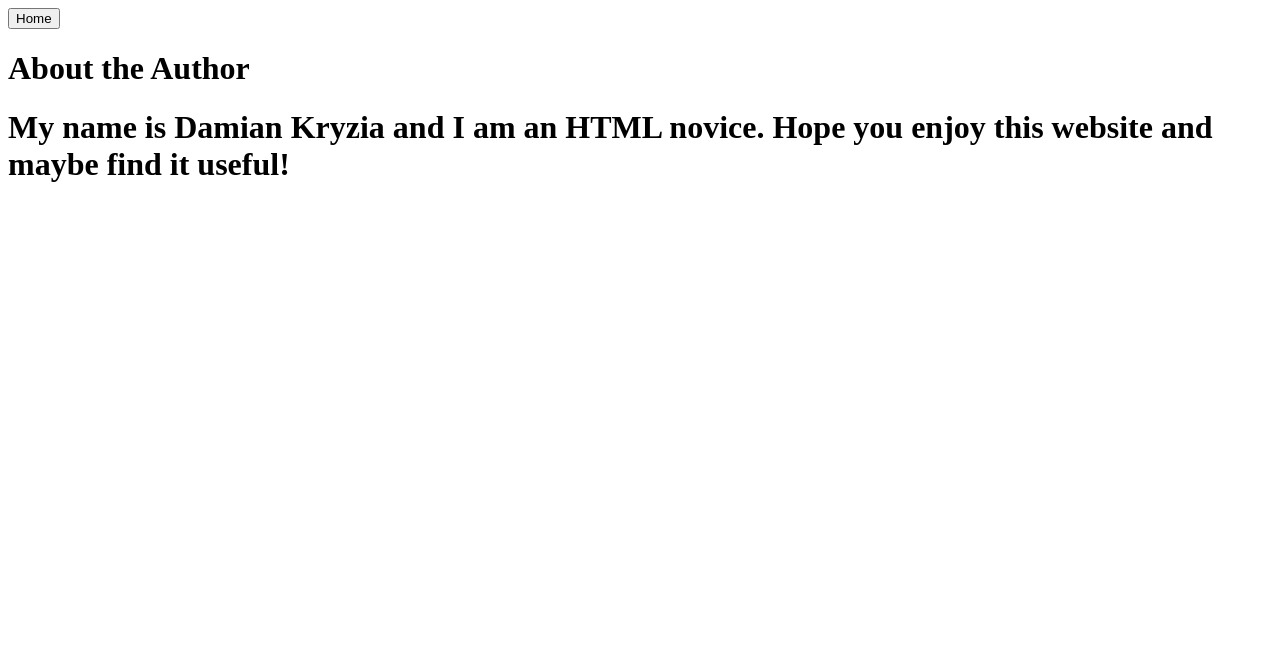
Repository: DamianKryzia/DamianKryzia.github.io
Page: DamianWebsite/aboutme.html
The author's editor kept a record of every edit. The page is drawn from the files as they stood at one moment, then again after the next edit.
The browser window is 1280 px wide. The pictures show the whole page.

Above is the page before.

### DamianWebsite/aboutme.html
<!DOCTYPE html>
<html>
    <head>
        <form action = "homepage.html" method = "get">
            <button type = "submit" class = "home"> Home </button>
        </form>
        <h1> About the Author </h1>
    </head>
    <body>
        <h1 class = "me">
             My name is Damian Kryzia and I am an HTML novice.
             Hope you enjoy this website and maybe find it useful!
        </h1>
    </body>
</html>

After the next edit:
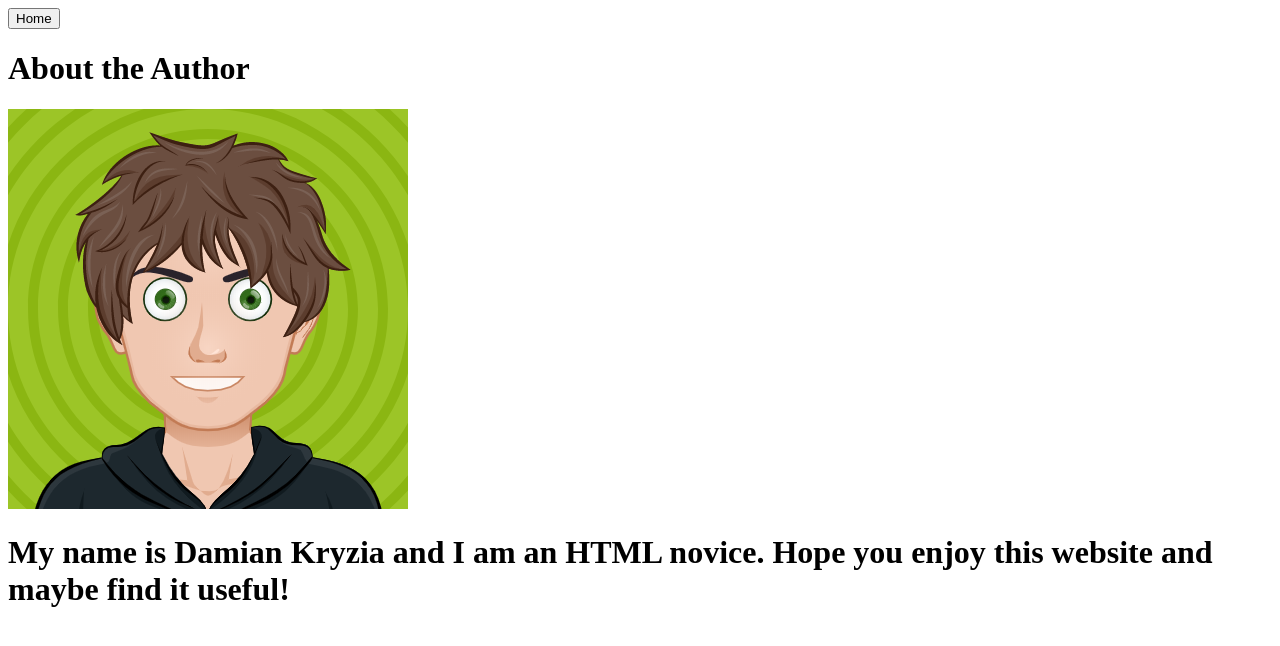
The edit:
--- a/DamianWebsite/aboutme.html
+++ b/DamianWebsite/aboutme.html
@@ -7,6 +7,7 @@
         <h1> About the Author </h1>
     </head>
     <body>
+        <img src = "images/myavatar.png"/>
         <h1 class = "me">
              My name is Damian Kryzia and I am an HTML novice.
              Hope you enjoy this website and maybe find it useful!
